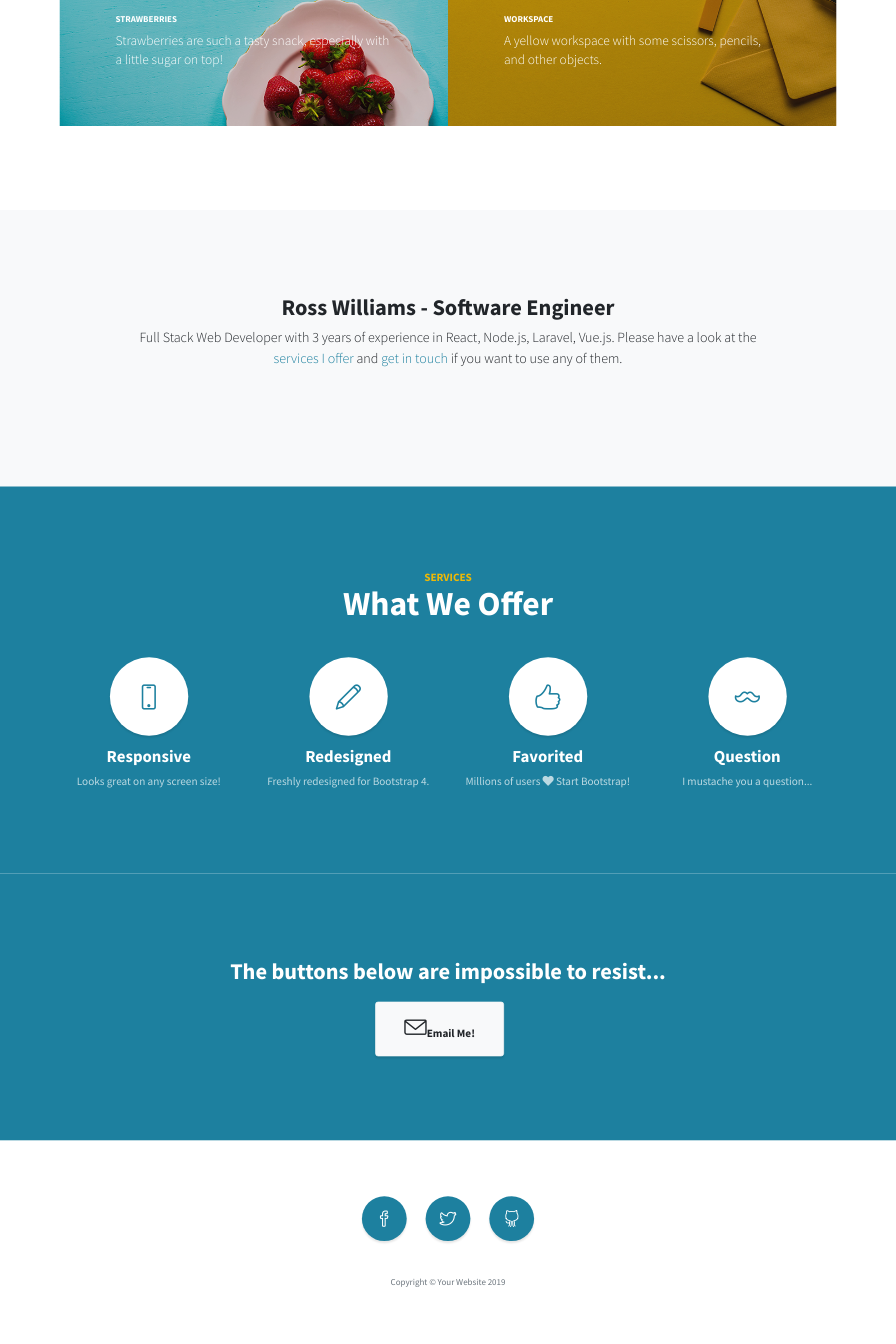
Repository: Williams94/Williams94.github.io
Page: index.html
An editor plug-in stored every save of this project. The page is shown before and after the next save, followed by the edit.
The browser window is 1280 px wide. The pictures show the part of the page from y = 1580 to 3500 px (the page is 3500 px tall before and 3496 px after), at 70% of full size.
A picture or video elsewhere on the page could not be fetched, so the positions and the page height are approximate.

Above is the page before, as saved 2019-07-06 13:51:46.

After the next save:
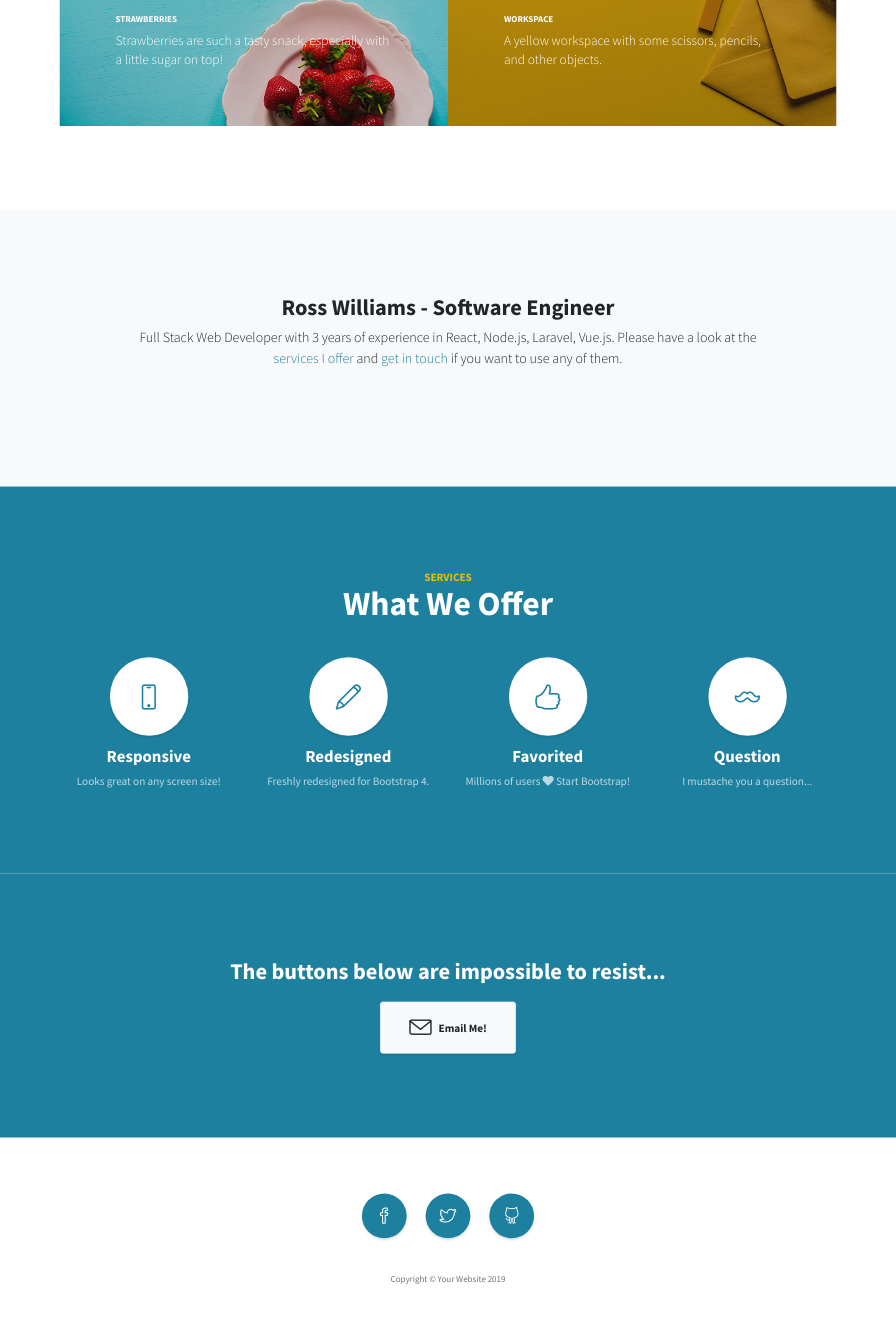
Saved 96 s later.
--- a/index.html
+++ b/index.html
@@ -210,7 +210,7 @@
   <section class="content-section bg-primary text-white">
     <div class="container text-center">
       <h2 class="mb-4">The buttons below are impossible to resist...</h2>
-      <a href="#" class="btn btn-xl btn-light mr-4">
+      <a href="#" class="btn btn-xl btn-light">
         <div class="email-me-button-container">
           <i class="icon-envelope"></i>Email Me!
         </div>
--- a/css/custom.css
+++ b/css/custom.css
@@ -1,7 +1,9 @@
 .icon-envelope {
-    font-size: 2rem;
+  font-size: 2rem;
+  margin-right: 10px;
 }
 
 .email-me-button-container {
-
+  display: flex;
+  align-items: center;
 }
